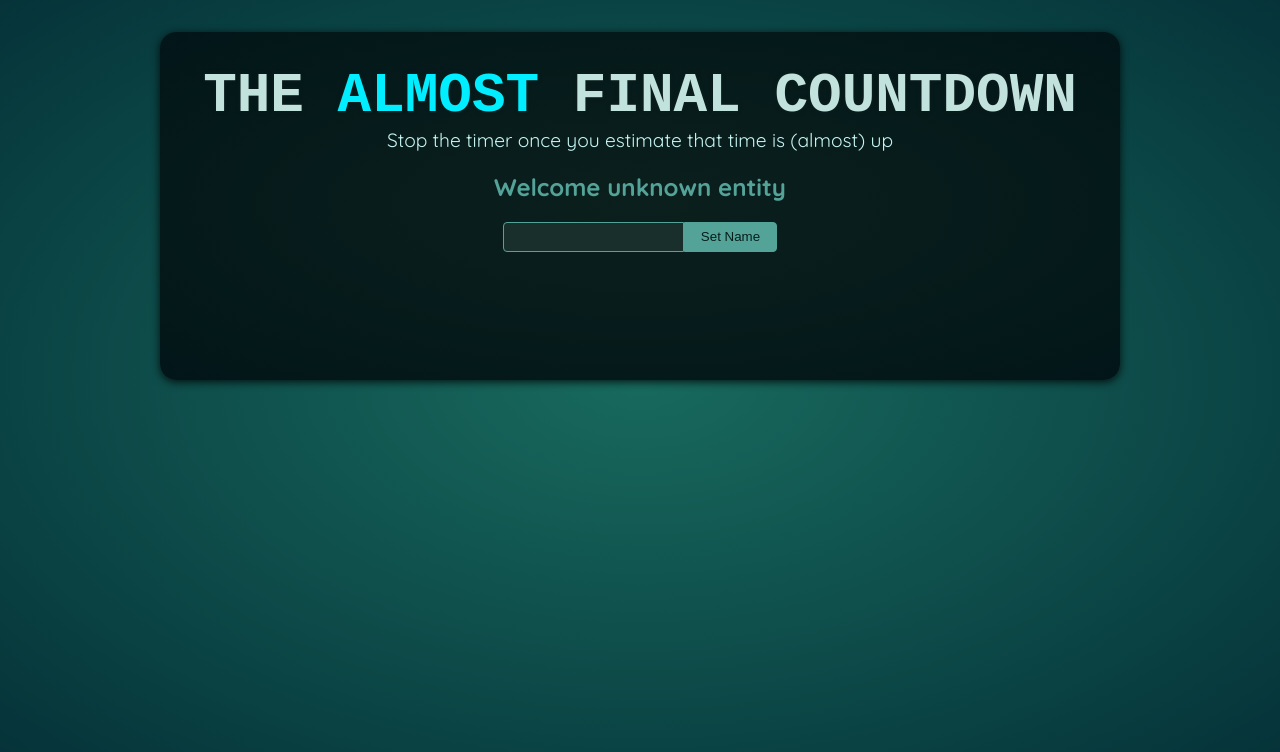
Repository: H-ala/react-near-end
Page: /
An editor plug-in stored every save of this project. The page is shown before and after the next save, followed by the edit.
The browser window is 1280 px wide. The pictures show the whole page.
Some web fonts or font styles are not loaded; a fallback is used. The project was rebuilt for these pictures with package versions that can differ from the ones it lists, and the page was loaded fresh each time. Also part of the build but not shown: vite.config.js.

Above is the page before, as saved 2025-09-24 21:07:10.

After the next save:
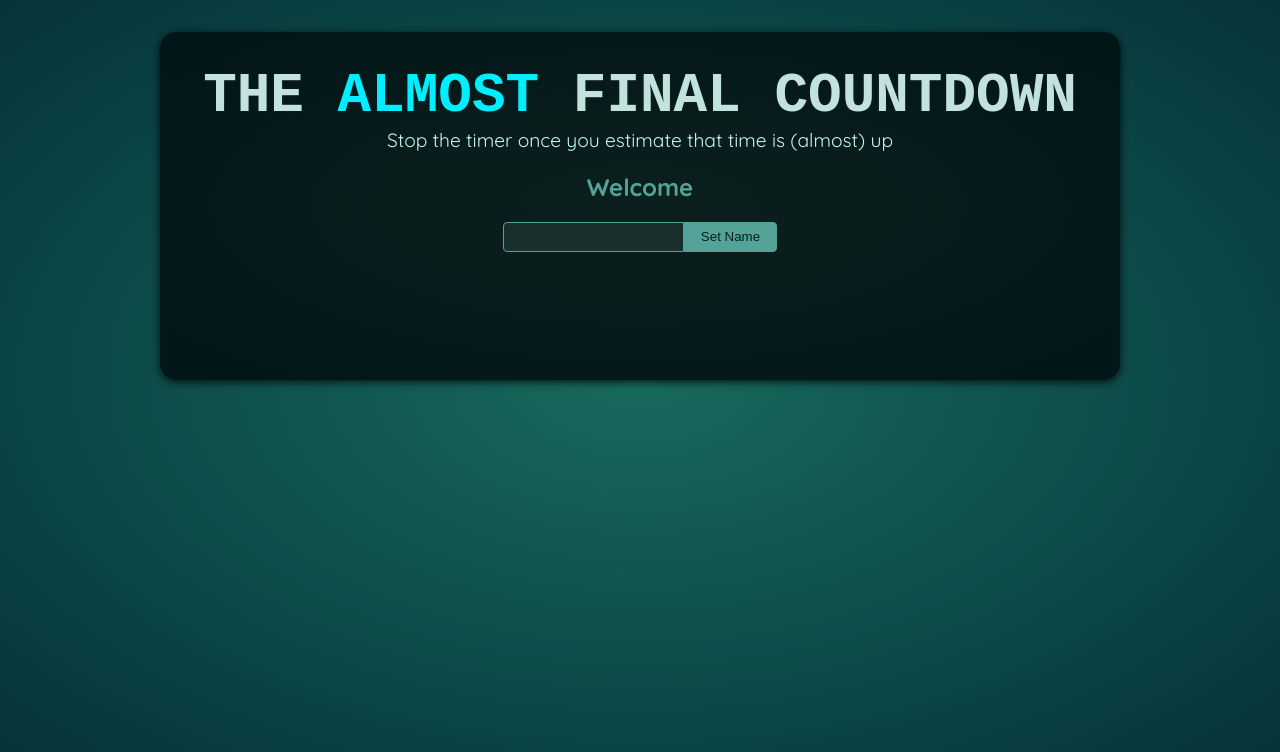
Saved 47 s later.
--- a/src/components/Player.jsx
+++ b/src/components/Player.jsx
@@ -3,7 +3,7 @@ import { useState, useRef } from "react";
 export default function Player() {
   const playerName = useRef();
 
-  const [enteredPlayerName, setEnteredPlayerName] = useState("unknown entity");
+  const [enteredPlayerName, setEnteredPlayerName] = useState("");
 
   function handleClick() {
     setEnteredPlayerName(playerName.current.value);
@@ -11,7 +11,7 @@ export default function Player() {
   }
   return (
     <section id="player">
-      <h2>Welcome {enteredPlayerName}</h2>
+      <h2>Welcome {enteredPlayerName ?? "unknown entity"}</h2>
       <p>
         <input
           ref={playerName}
